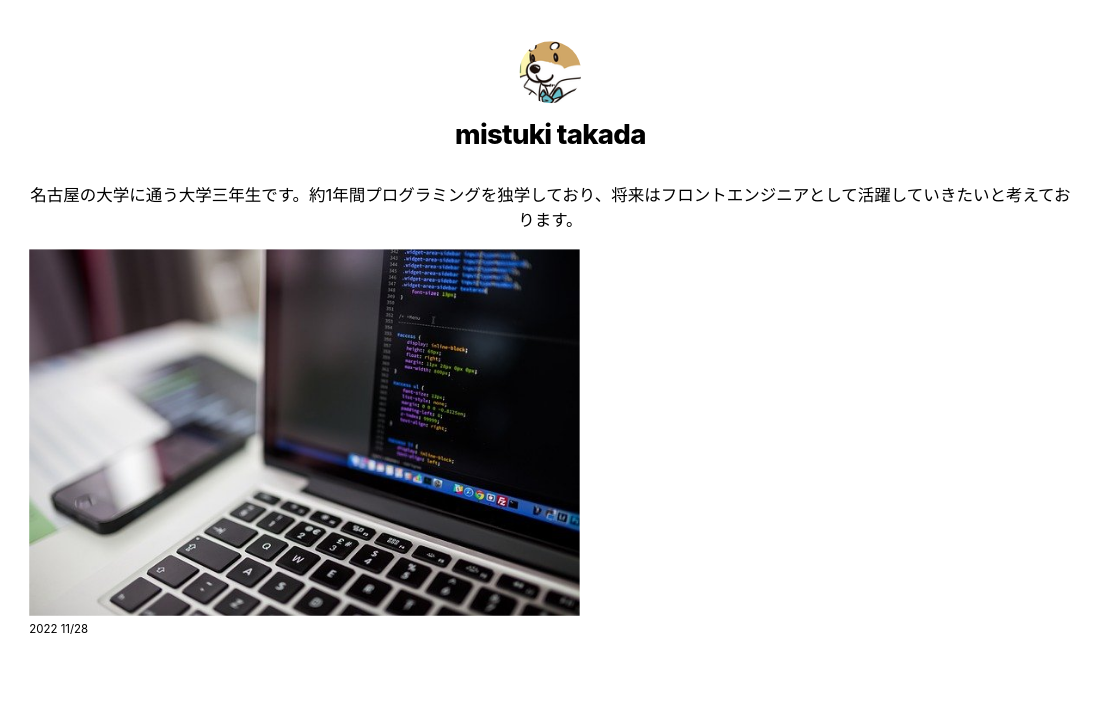
Repository: MitukiTakada/next-practice
Page: /
These files come from the project's save history. The page is drawn as it stood at one moment and after the next save; the edit follows.
The browser window is 1280 px wide. The pictures show the whole page, at 86% of full size.
The project was rebuilt for these pictures with package versions that can differ from the ones it lists, and the page was loaded fresh each time. The framework's server and built-in components were replaced by stand-ins that run in the browser. Also part of the build but not shown: next.config.js, styles/Home.module.css.

Above is the page before, as saved 2022-10-01 11:38:50.

### pages/index.js
import Head from 'next/head'
import Image from 'next/image'
import Link from 'next/link'
import Layout from '../components/Layout'
import styles from '../styles/Home.module.css'
import utilStyle from "../styles/utils.module.css"

export default function Home() {
  return (
    <Layout>
      <section className={utilStyle.headingMd}>
        <p>名古屋の大学に通う大学三年生です。約1年間プログラミングを独学しており、将来はフロントエンジニアとして活躍していきたいと考えております。</p>
      </section>
      <div>
        <article>
          <Link href="/">
            <img src="/images/thumbnail01.jpg"/>
          </Link>

          <br/>
          <small>2022 11/28</small>
        </article>
      </div>
    </Layout>
  )
}

### components/Layout.js
import Head from "next/head";
import styles from "./layout.module.css"
import utilStyles from "../styles/utils.module.css"
export const sitteTitle = "Next.js blog"

function Layout(props) {
  const {children} = props;
  return (
    <div className={styles.container}>
      <Head>
        <link rel="icon" href="/favicon.ico"/>
      </Head>
      <header className={styles.header}>
        <img src="/profile.png" className={utilStyles.borderCircle} />
        <h1 className={utilStyles.headingXl}>mistuki takada</h1>
      </header>
      <main>{children}</main>
    </div>
  );
}

export default Layout;

### styles/utils.module.css
.heading2Xl {
  font-size: 2.5rem;
  line-height: 1.2;
  font-weight: 800;
  letter-spacing: -0.05rem;
  margin-top: 1rem;
  margin-bottom: 0;
}

.headingXl {
  font-size: 2rem;
  line-height: 1.3;
  font-weight: 800;
  letter-spacing: -0.05rem;
  margin: 1rem 0;
}

.headingLg {
  font-size: 2rem;
  line-height: 1.4;
  margin-top: 0;
  font-weight: 500;
}

.headingMd {
  font-size: 1.2rem;
  line-height: 1.5;
  text-align: center;
}

.borderCircle {
  border-radius: 1000px;
}

.colorInherit {
  color: inherit;
}

.padding1px {
  padding-top: 1px;
}

.list {
  list-style: none;
  padding: 0;
  margin: 0;
}

.listItem {
  margin: 0 0 1.25rem;
}

.lightText {
  color: #999;
}

.boldText {
  color: black;
  font-weight: 550;
}

### components/layout.module.css
.container {
  max-width: 1244px;
  padding: 0 1rem;
  margin: 3rem auto 6rem;
}

.header {
  display: flex;
  flex-direction: column;
  align-items: center;
}

.headerImage {
  width: 6rem;
  height: 6rem;
}

.headerHomeImage {
  width: 8rem;
  height: 8rem;
}

.backToHome {
  margin: 3rem 0 0;
}

Loaded but not shown: pages/_app.js (common file); styles/globals.css (common file)

After the next save:
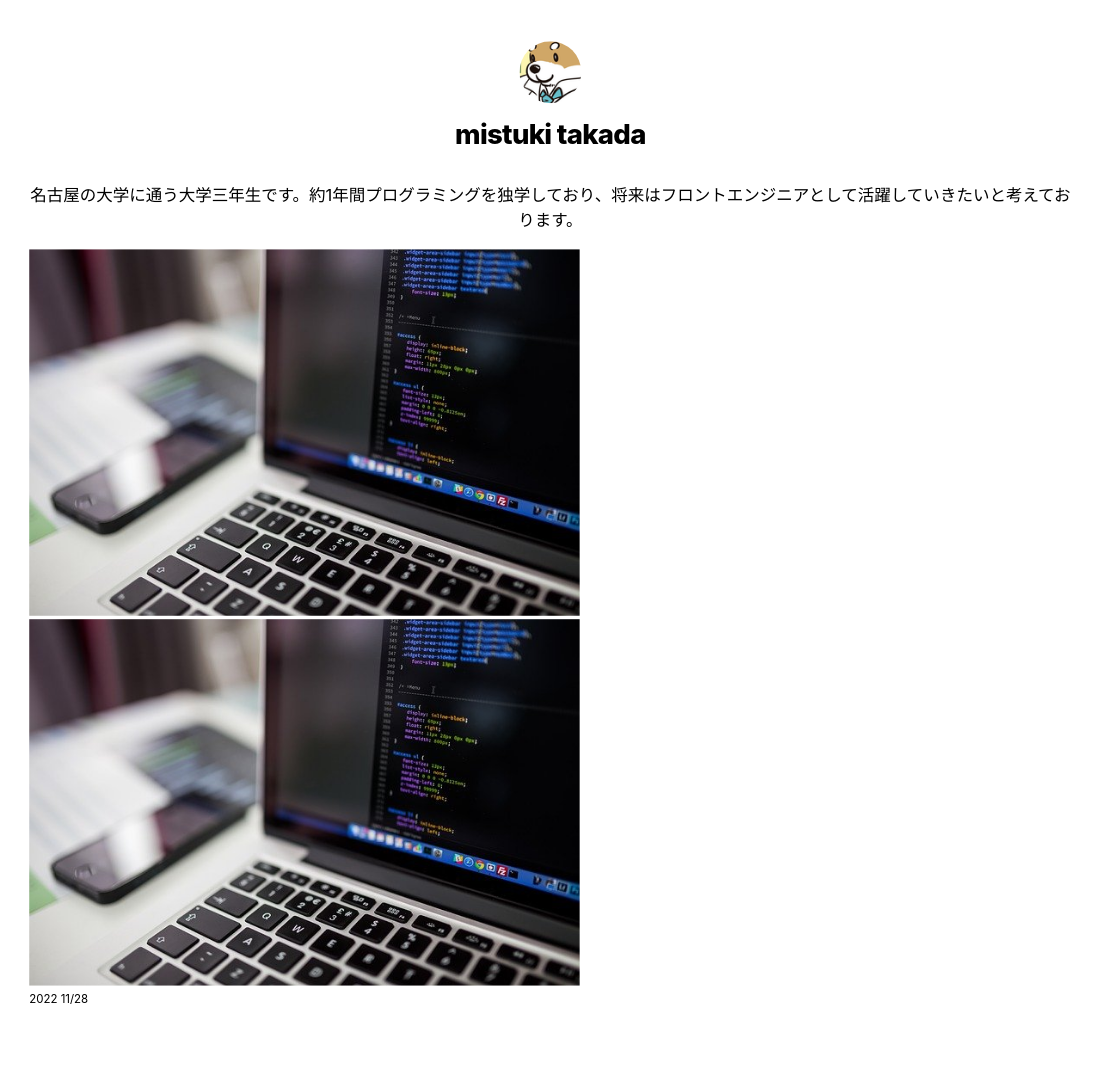
Saved 4 s later.
--- a/pages/index.js
+++ b/pages/index.js
@@ -16,7 +16,9 @@
           <Link href="/">
             <img src="/images/thumbnail01.jpg"/>
           </Link>
-
+          <Link href="/">
+            <img src="/images/thumbnail01.jpg"/>
+          </Link>
           <br/>
           <small>2022 11/28</small>
         </article>

After the save that followed:
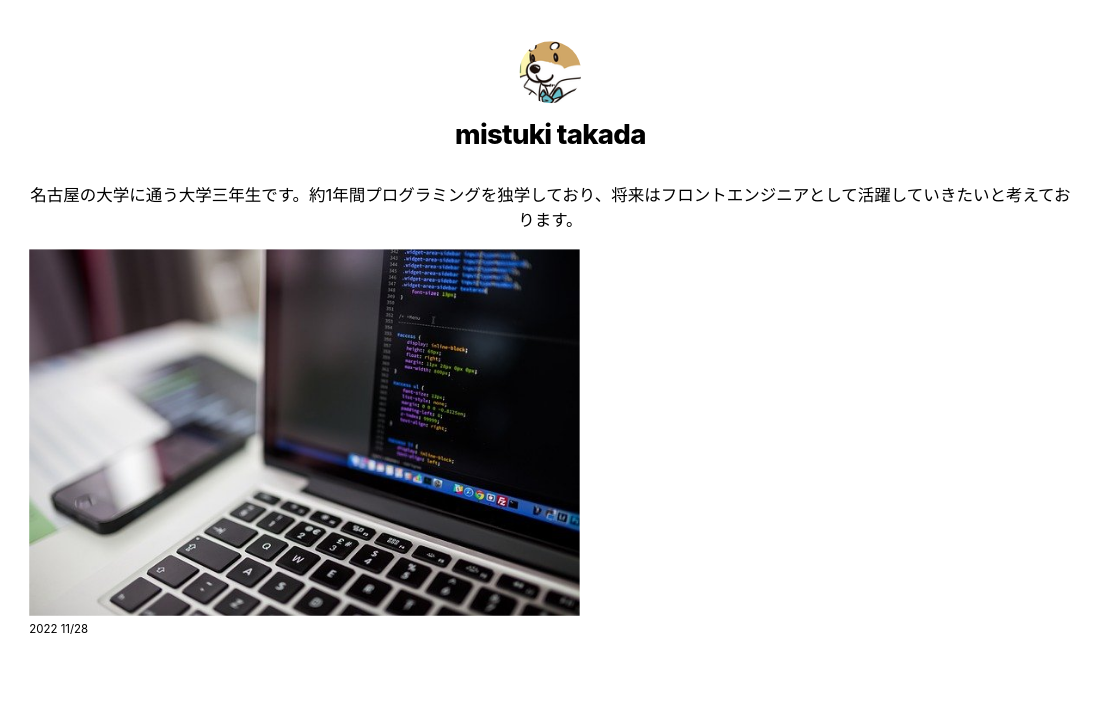
Saved 4 s later.
--- a/pages/index.js
+++ b/pages/index.js
@@ -17,7 +17,7 @@
             <img src="/images/thumbnail01.jpg"/>
           </Link>
           <Link href="/">
-            <img src="/images/thumbnail01.jpg"/>
+            <a></a>
           </Link>
           <br/>
           <small>2022 11/28</small>
